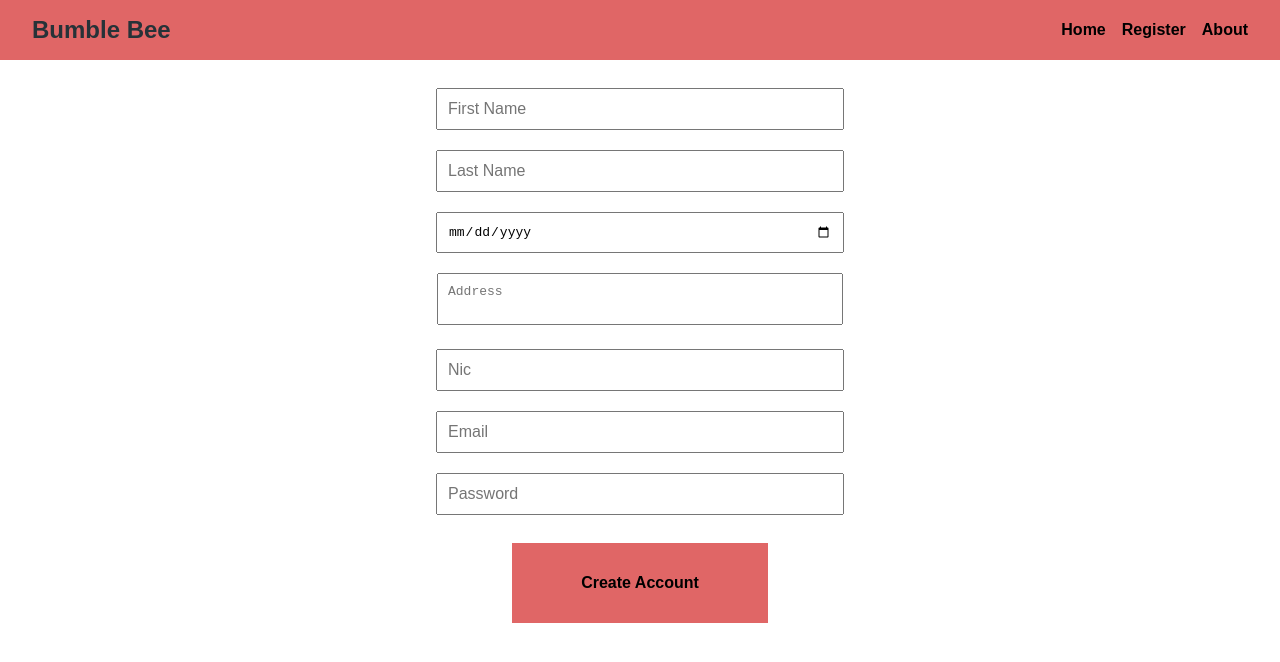
Repository: developerks611/Bumble-bee
Page: http://localhost/Bumble/add-customer.jsp
An editor plug-in stored every save of this project. The page is shown before and after the next save, followed by the edit.
The browser window is 1280 px wide. The pictures show the whole page.
The page is served by Tomcat 9.

Above is the page before, as saved 2023-02-28 03:58:07.

After the next save:
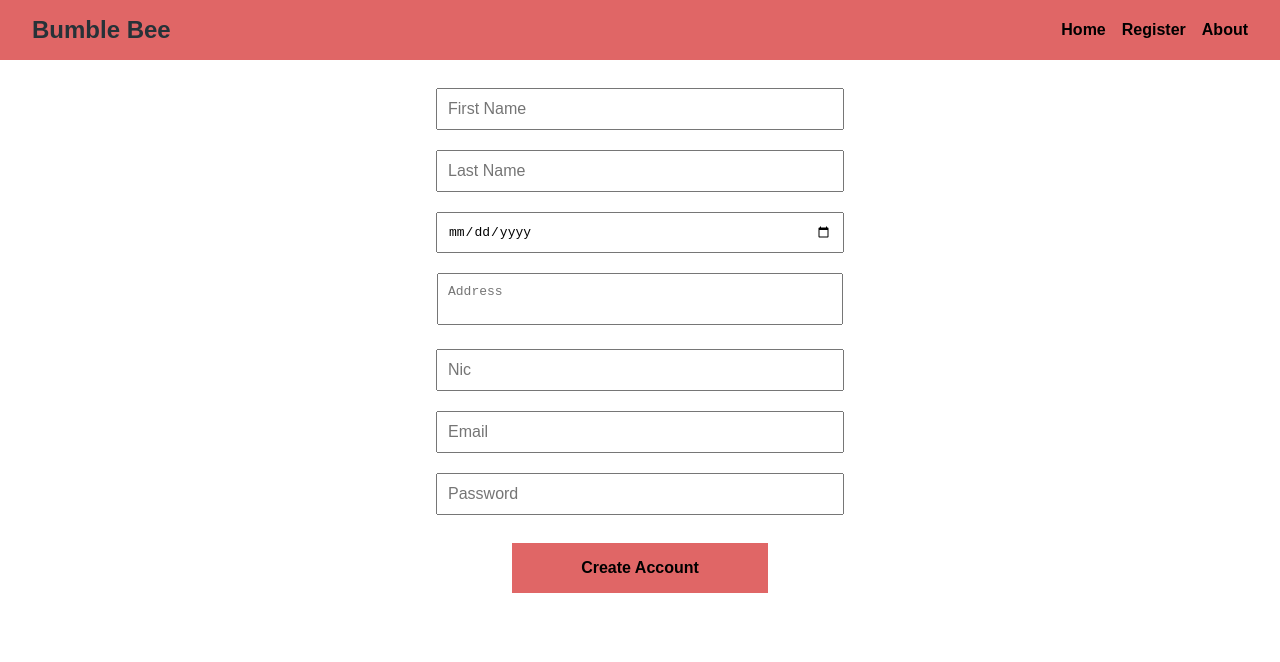
Saved 8 s later.
--- a/Bumble/src/main/webapp/add-customer.jsp
+++ b/Bumble/src/main/webapp/add-customer.jsp
@@ -64,7 +64,7 @@ nav a {
 	outline: none;
     border: none;
     width:20%;
-    height:80px;;
+    height:50px;;
     font-size:100%;
     padding:10px;
     font-weight:bold;
